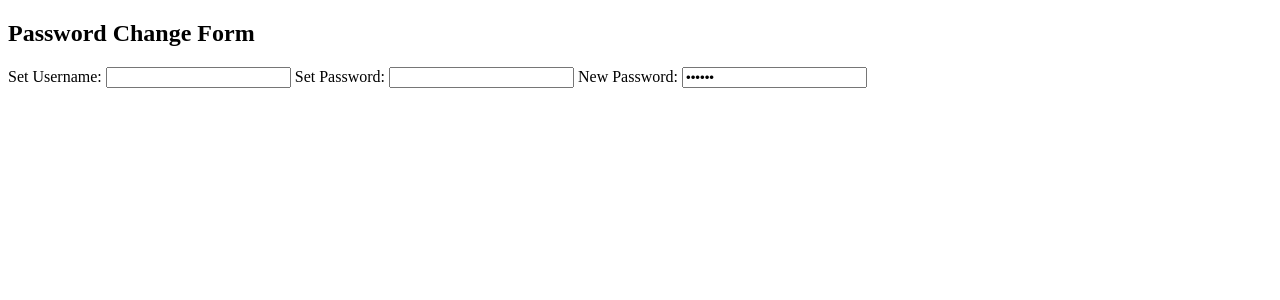
Repository: EU1182053/AdvJavaWorksSpace
Page: Servlets/src/main/webapp/Password.html
The author's editor kept a copy of each file at every save. The page is drawn from the files as they stood at one save, then again after the next save.
The browser window is 1280 px wide. The pictures show the whole page.

Above is the page before, as saved 2022-09-03 14:39:33.

After the next save:
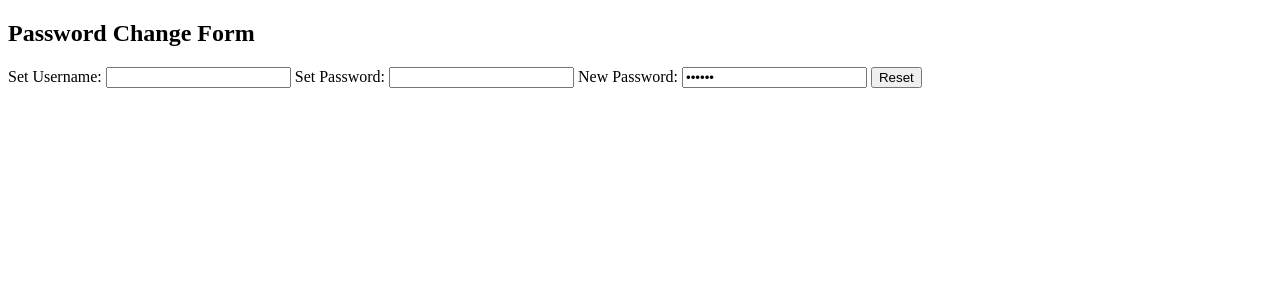
Saved 36 min 51 s later.
--- a/Servlets/src/main/webapp/Password.html
+++ b/Servlets/src/main/webapp/Password.html
@@ -23,7 +23,7 @@
 
 
             <input type="submit" value="Change">
-
+            <input type="reset">
             <input type="hidden" name="act" value="changeAction">
         </form>
     </section>
